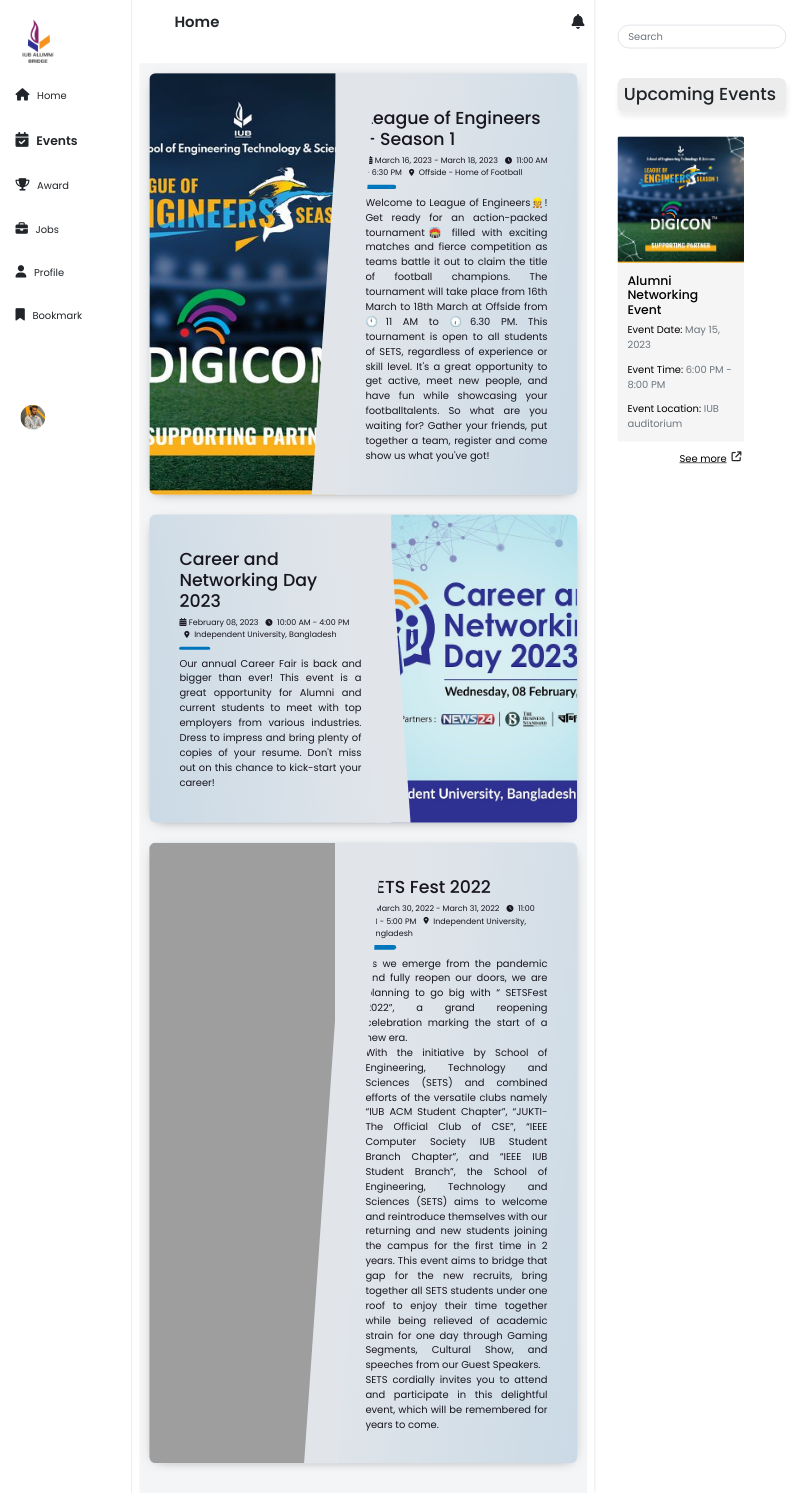
Repository: injamam00155/IUB_Alumni_Bridge
Page: Frontend/student/event.html
These files come from the project's save history. The page is drawn as it stood at one moment and after the next save; the edit follows.
The browser window is 1280 px wide. The pictures show the whole page, at 62% of full size.
Pictures or frames that could not be fetched are drawn as grey boxes. Some web fonts or font styles are not loaded; a fallback is used. Some web libraries are served in a nearby version.

Above is the page before, as saved 2023-04-04 22:59:46.
Console error: TypeError: Cannot read properties of null (reading 'addEventListener')

After the next save:
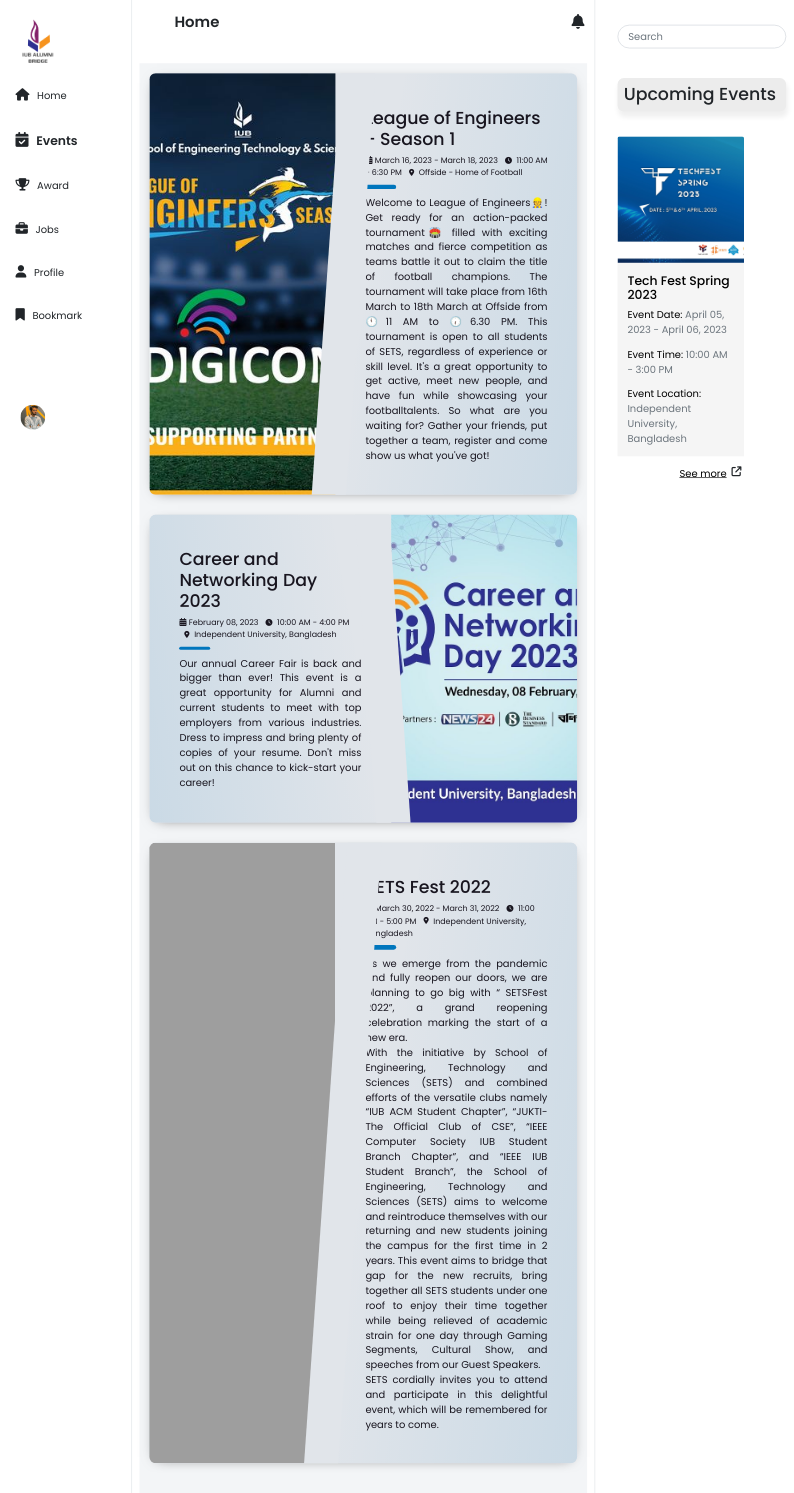
Saved 96 s later.
--- a/Frontend/student/event.html
+++ b/Frontend/student/event.html
@@ -381,23 +381,23 @@
                   <a href="event-details.html" style="text-decoration: none">
                     <div class="card h-100 w-75 border-0">
                       <img
-                        src="img/event1.jpg"
+                        src="img/TechFest2023.jpg"
                         class="card-img-top"
-                        alt="Event Image"
+                        alt="Tech Fest 2023 poster"
                       />
                       <div class="card-body">
-                        <h5 class="card-title">Alumni Networking Event</h5>
+                        <h5 class="card-title">Tech Fest Spring 2023</h5>
                         <p class="card-text">
                           Event Date:
-                          <span class="text-muted">May 15, 2023</span>
+                          <span class="text-muted">April 05, 2023 - April 06, 2023</span>
                         </p>
                         <p class="card-text">
                           Event Time:
-                          <span class="text-muted">6:00 PM - 8:00 PM</span>
+                          <span class="text-muted">10:00 AM - 3:00 PM</span>
                         </p>
                         <p class="card-text">
                           Event Location:
-                          <span class="text-muted">IUB auditorium</span>
+                          <span class="text-muted">Independent University, Bangladesh</span>
                         </p>
                       </div>
                     </div>
